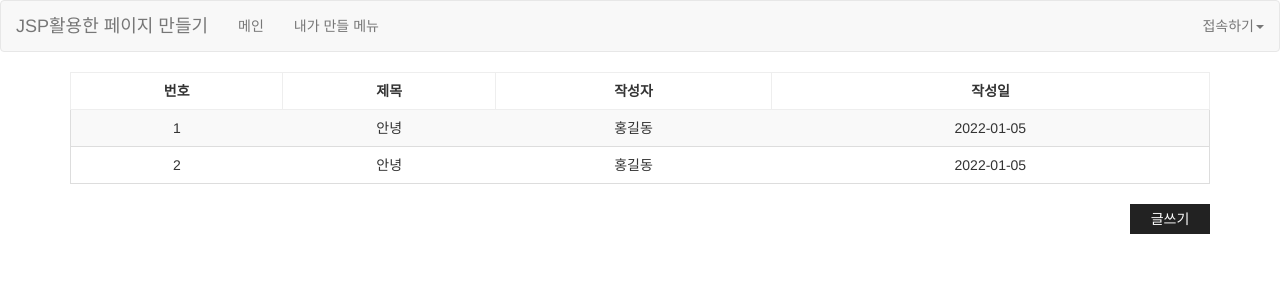
Repository: taeillee1/Newstudy
Page: http://localhost/SpringMVCJava/WEB-INF/views/write.jsp
The author's editor kept a copy of each file at every save. The page is drawn from the files as they stood at one save, then again after the next save.
The browser window is 1280 px wide. The pictures show the whole page.
Some web libraries are served in a nearby version. The page is served by Tomcat 9. Nobody is signed in. Other server files are loaded and not shown. The template is opened directly, without the code that normally fills it, so the values that code supplies are empty.

Above is the page before, as saved 2022-01-05 11:53:39.

### Newpage/SpringMVCJava/src/main/webapp/WEB-INF/views/write.jsp
<%@ page language="java" contentType="text/html; charset=UTF-8"
    pageEncoding="UTF-8"%>
<%@ page import="java.io.PrintWriter" %>
<!DOCTYPE html>
<html>
<head>
<meta http-equiv="Content-Type" content="text/html; charset=UTF-8">
<meta name="viewport" content="width=device-width",initial-scale="1">
<link rel="stylesheet" type="text/css" href="https://stackpath.bootstrapcdn.com/bootstrap/3.1.1/css/bootstrap.min.css">
<title>Insert title here</title>
<style>
	.hi{
		background-color:yellow;
		font-size:30px;
	}
	.bye{
		display:block;
	    width:80px;
	    line-height:30px;
	    text-align:center;
	    background-color:#222;
	    color:#fff;
	    float:right;
	}
</style>
</head>
<body>
	<%
		String userID=null;
		if(session.getAttribute("userID") != null){
			userID=(String)session.getAttribute("userID");
		}
	%>
	<nav class="navbar navbar-default">
		<div class="navbar-header">
			<a class="navbar-brand" href ="mainpage">JSP활용한 페이지 만들기</a>
			<button type="button" class="navbar-toggle collapsed" data-toggle="collapse"
			data-target="#bs-example-navbar-collapse-1" aria-expanded="false"> <!-- collapse는 숨기기 기능  -->
				<span class="icon-bar"></span>
				<span class="icon-bar"></span>
				<span class="icon-bar"></span>

			</button>
		</div>
		<div class="collapse navbar-collapse" id =bs-example-navbar-collapse-1>
			<ul class="nav navbar-nav">
				<li><a href="mainpage">메인</a></li>
				<li><a href="test1">내가 만들 메뉴</a></li>
			</ul>

			<%
			if(userID==null){
			%>
			<ul class="nav navbar-nav navbar-right">
				<li class="dropdown">
					<a href="#" class="dropdown-toggle" data-toggle="dropdown" role="button" aria-haspopup="true"
					aria-expanded="false">접속하기<span class="caret"></span></a>
					<ul class="dropdown-menu">
						<li><a href="login">로그인</a></li>
						<li><a href="join">회원가입</a></li>
					</ul>
				</li>
			</ul>
			<%
				}else{
			%>
			<ul class="nav navbar-nav navbar-right">
				<li class="dropdown">
					<a href="#" class="dropdown-toggle" data-toggle="dropdown" role="button" aria-haspopup="true"
					aria-expanded="false">회원관리<span class="caret"></span></a>
					<ul class="dropdown-menu">
						<li class="hi"><a href="#"><%= userID %></a></li>
						<li><a href="logoutAction">로그아웃</a></li>

					</ul>
				</li>
			</ul>
			<%
				}
			%>

		</div>
	</nav>
	<div class="container">
		<table class="table table-striped" style="text-align:center; border:1px solid #dddddd">
			<thead><!-- 테이블의 제목부분으로 가장 윗줄에 해당하여 각각의 속성을 알려줌 -->
				<tr> <!-- 테이블의 하나의 행을 의미 -->
					<th style="text-align:center; border:1px solid #eeeeee">번호</th>
					<th style="text-align:center; border:1px solid #eeeeee">제목</th>
					<th style="text-align:center; border:1px solid #eeeeee">작성자</th>
					<th style="text-align:center; border:1px solid #eeeeee">작성일</th>
				</tr>
			</thead>
			<tbody>
				<tr>
					<td>1</td>
					<td>안녕</td>
					<td>홍길동</td>
					<td>2022-01-05</td>
				</tr>
				<tr>
					<td>2</td>
					<td>안녕</td>
					<td>홍길동</td>
					<td>2022-01-05</td>
				</tr>
			</tbody>
		</table>
		<a href="write" class="bye">글쓰기</a>
	</div>


	<script src="http://code.jquery.com/jquery-3.1.1.min.js"></script>
	<script src="js/bootstrap.js"></script>
</body>
</html>

Loaded but not shown: Newpage/SpringMVCJava/src/main/webapp/resources/js/bootstrap.js (library)

After the next save:
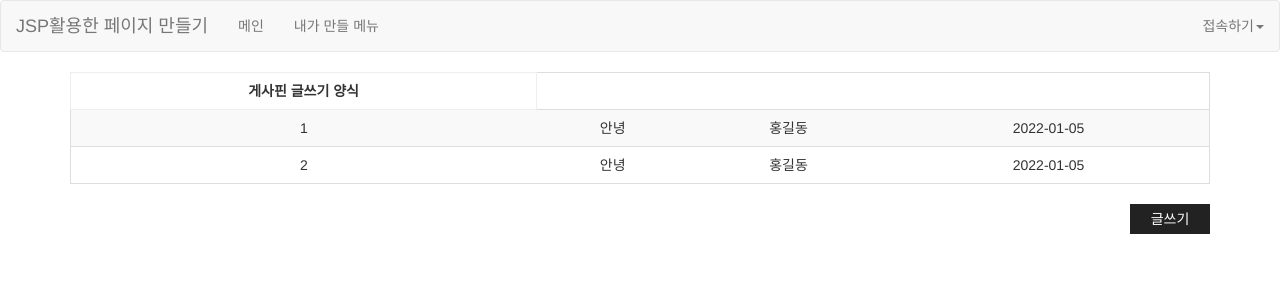
Saved 32 s later.
--- a/Newpage/SpringMVCJava/src/main/webapp/WEB-INF/views/write.jsp
+++ b/Newpage/SpringMVCJava/src/main/webapp/WEB-INF/views/write.jsp
@@ -85,10 +85,7 @@
 		<table class="table table-striped" style="text-align:center; border:1px solid #dddddd">
 			<thead><!-- 테이블의 제목부분으로 가장 윗줄에 해당하여 각각의 속성을 알려줌 -->
 				<tr> <!-- 테이블의 하나의 행을 의미 -->
-					<th style="text-align:center; border:1px solid #eeeeee">번호</th>
-					<th style="text-align:center; border:1px solid #eeeeee">제목</th>
-					<th style="text-align:center; border:1px solid #eeeeee">작성자</th>
-					<th style="text-align:center; border:1px solid #eeeeee">작성일</th>
+					<th style="text-align:center; border:1px solid #eeeeee">게사핀 글쓰기 양식</th>
 				</tr>
 			</thead>
 			<tbody>
